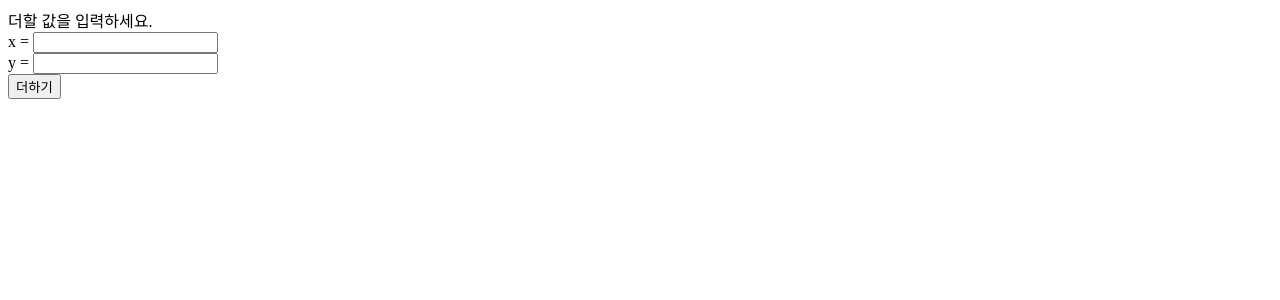
Repository: jocod98/servlet-jsp
Page: JSPPrj/src/main/webapps/add.html
The author's editor kept a copy of each file at every save. The page is drawn from the files as they stood at one save, then again after the next save.
The browser window is 1280 px wide. The pictures show the whole page.

Above is the page before, as saved 2023-01-10 06:29:24.

After the next save:
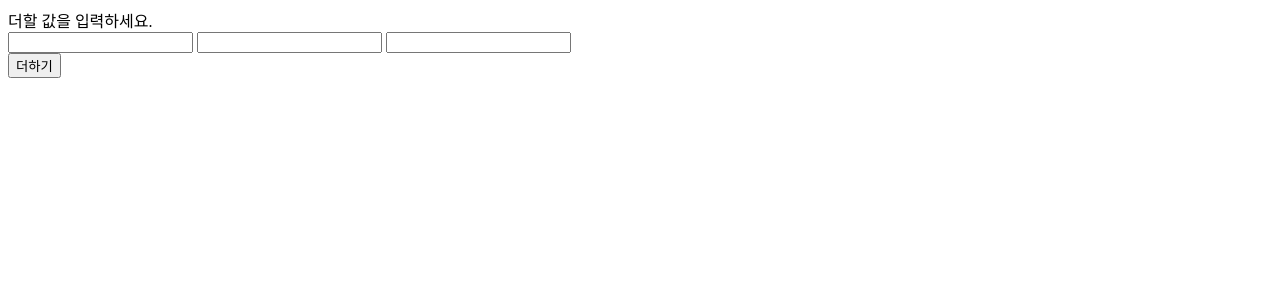
Saved 106 s later.
--- a/JSPPrj/src/main/webapps/add.html
+++ b/JSPPrj/src/main/webapps/add.html
@@ -11,10 +11,9 @@
 	<label>더할 값을 입력하세요.</label>
 	</div>
 	<div>
-		<label>x = </label><input type ="text" name = "x" />
-	</div>
-	<div>
-		<label>y  = </label><input type ="text" name = "y" />
+		<input type ="text" name = "x" />
+		<input type ="text" name = "y" />
+		<input type ="text" name = "z" />
 	</div>
 	<div>
 		<input type = "submit" value ="더하기"/>
